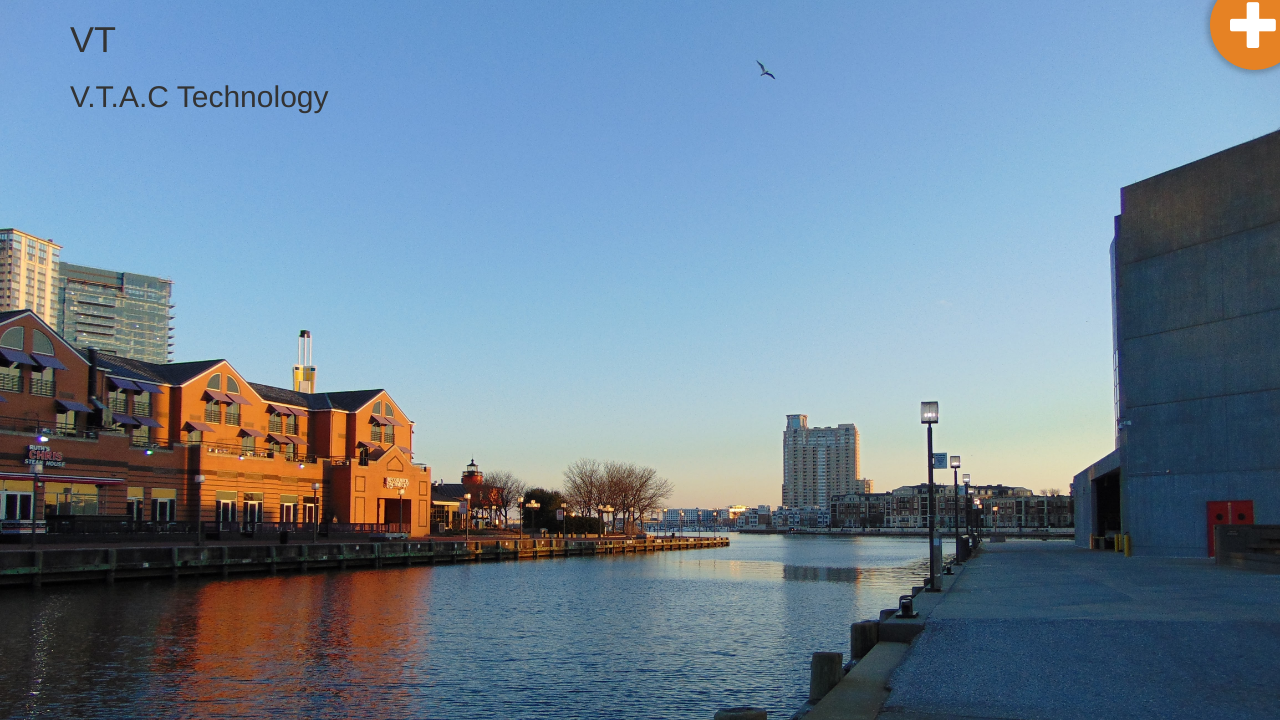
Repository: danidark9312/vtac
Page: http://localhost/vtacTechnology/
These files come from the project's save history. The page is drawn as it stood at one moment and after the next save; the edit follows.
The browser window is 1280 px wide. The pictures show the whole page.
The page is served by Tomcat 9.

Above is the page before, as saved 2017-01-30 17:17:48.
Console error (its wording comes from the project's code and is left out).

### vtacTechnology/WebContent/index.jsp
<%@ page language="java" contentType="text/html; charset=ISO-8859-1"
    pageEncoding="ISO-8859-1"%>
<!DOCTYPE html PUBLIC "-//W3C//DTD HTML 4.01 Transitional//EN" "http://www.w3.org/TR/html4/loose.dtd">
<html>
<head>
	<meta http-equiv="Content-Type" content="text/html; charset=ISO-8859-1">
	<title>VTAC Tehnology</title>

	<link href="bootstrap/css/bootstrap.min.css" rel="stylesheet">
 	<script src="bootstrap/js/bootstrap.min.js"> </script>
 	<script src="jquery/jquery.min.js" ></script>
 	<script src="js/menu.js" ></script>

 	<link href="css/common.css" rel="stylesheet" />

</head>
<body>
<div class="menuContainer">
<div class="floatingMenu" onclick="openMenu()">
 <span class="glyphicon glyphicon-plus" aria-hidden="true"></span>
</div>
	<div class="optionGroup">
		<div class="option">Services</div>
		<div class="option">Portfolio</div>
		<div class="option">Contact</div>
	</div>

</div>
	<div class="container">
		<div class="row">
			<div class="col-md-6">
				<div class="mainLogo">
					<h1>VT</h1>
					<h2>V.T.A.C Technology</h2>

				</div>
			</div>
		</div>
	</div>


</body>
</html>

### vtacTechnology/WebContent/js/menu.js
/**
 *
 */

$(document).ready(function(){
// function for the floating button when cursor leave the button, must hide all options
})

function openMenu(){
	$(".optionGroup .option").toggleClass("shown");
}

### vtacTechnology/WebContent/css/common.css
@CHARSET "ISO-8859-1";


:root {
  --main-color: #e68224;
  --main-color-highlighted: #e8a05d;
}

.menuContainer{
	position : fixed;
	right: 0px;
	top: 0px;
}

.floatingMenu{
	    background-color: var(--main-color);
    color: white;
    width: 90px;
    height: 90px;
    text-align: center;
    padding: 18px;
    border-radius: 100%;
    box-shadow: 0px 0px 5px 4px rgba(0, 0, 0, 0.18), 0px 4px 12px -7px rgba(0, 0, 0, 0.15);

    -webkit-transition: all .1s ease-out;
    position: absolute;
    right: -20px;
    top: -20px;
    cursor: pointer;
}


.menuContainer .optionGroup{
	        padding: 5px 0;
	        margin-top: 12px;
    font-size: 23px;
    position: absolute;
    top: 70px;
    right: 0px;;
}

.floatingMenu:hover{
	right: 0px;
	top: 0px;
	box-shadow: 0px 0px 14px 6px rgba(0, 0, 0, 0.18), 0px 4px 12px -7px rgba(0, 0, 0, 0.15);
}

.floatingMenu span{
	font-size: 50px;
}

.menuContainer .option{
	    padding: 5px 10px;
    font-size: 23px;
    background: var(--main-color);;
    color: white;
    border-top-left-radius: 20px;
    border-bottom-left-radius: 20px;
    box-shadow: 0px 5px 11px -2px rgba(0, 0, 0, 0.18), 0px 4px 12px -7px rgba(0, 0, 0, 0.15);
    -webkit-transition: all .2s ease-out;
    opacity: 0;
    cursor: pointer;
}
.menuContainer .option:hover{
    background-color: var(--main-color-highlighted);
}

.menuContainer .option.shown{
	opacity: 1;
	margin-top: 5px;
}




body {
	background: #ffffff url("../img/background2.jpg") no-repeat right top;
	background-size: cover;
}

Loaded but not shown: vtacTechnology/WebContent/bootstrap/css/bootstrap.min.css (library); vtacTechnology/WebContent/bootstrap/js/bootstrap.min.js (library); vtacTechnology/WebContent/jquery/jquery.min.js (library)

After the next save:
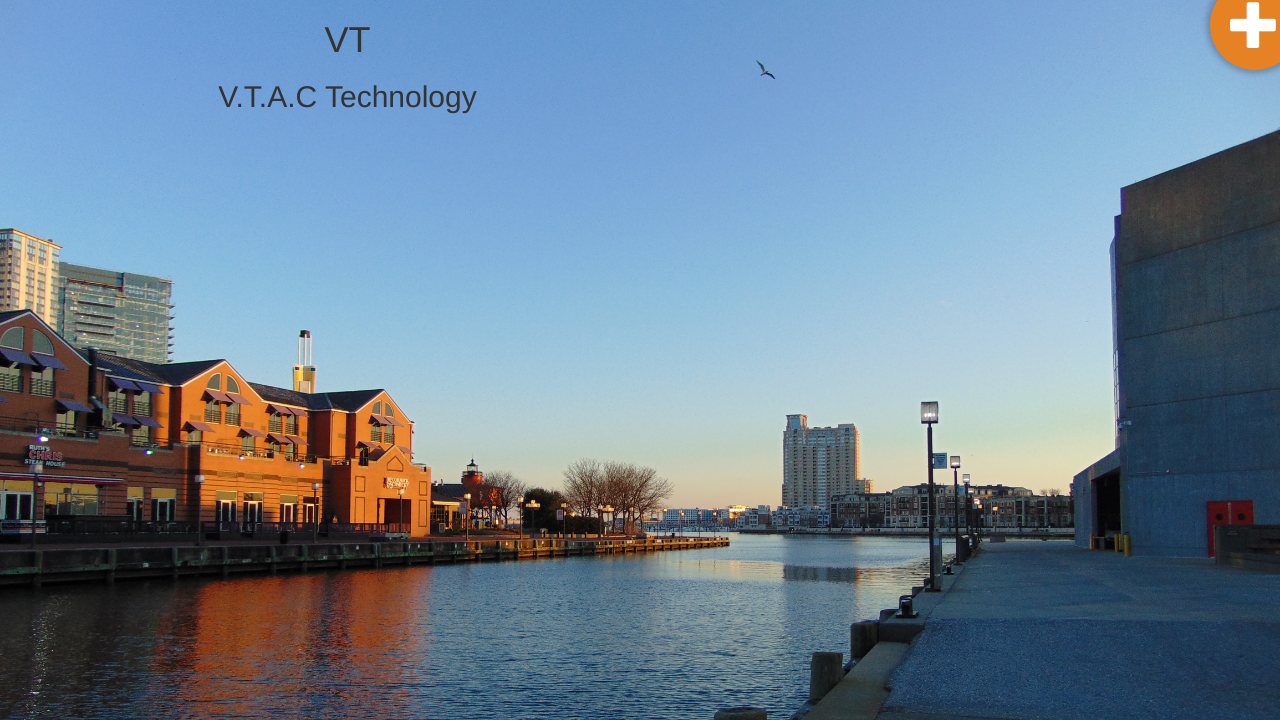
Saved 89 s later.
--- a/vtacTechnology/WebContent/css/common.css
+++ b/vtacTechnology/WebContent/css/common.css
@@ -77,3 +77,7 @@ body {
 	background: #ffffff url("../img/background2.jpg") no-repeat right top;
 	background-size: cover;
 }
+
+.mainLogo{
+	text-align: center;
+}
